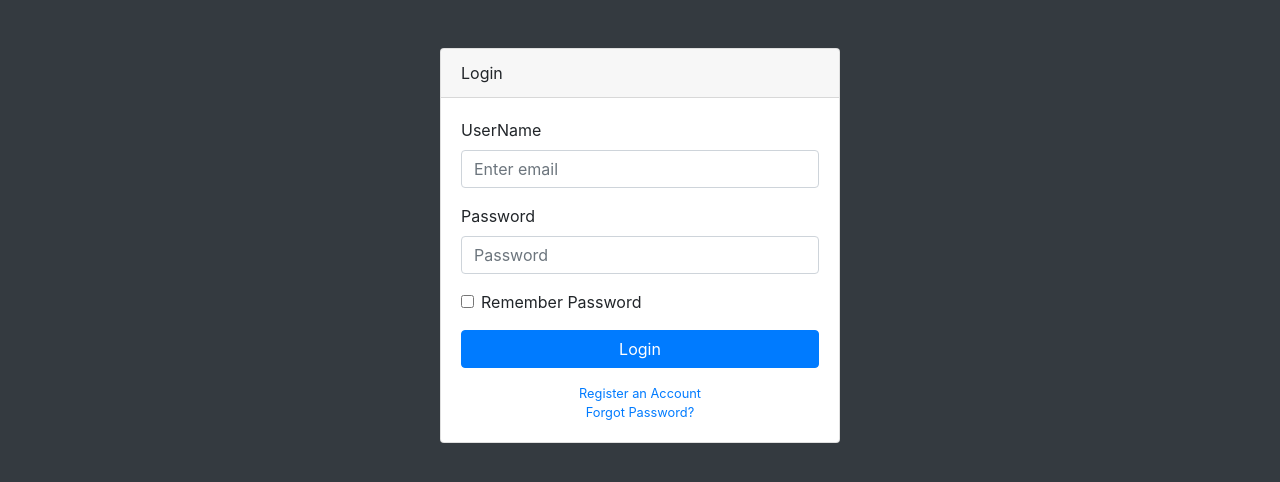
Repository: riorbak/Batch-Source
Page: Project 1/ERS/src/main/webapp/00-login.html
These files come from the project's save history. The page is drawn as it stood at one moment and after the next save; the edit follows.
The browser window is 1280 px wide. The pictures show the whole page.

Above is the page before, as saved 2018-03-11 03:12:20.

### Project 1/ERS/src/main/webapp/00-login.html
<!DOCTYPE html>
<html lang="en">

<head>
  <meta charset="utf-8">
  <meta http-equiv="X-UA-Compatible" content="IE=edge">
  <meta name="viewport" content="width=device-width, initial-scale=1, shrink-to-fit=no">
  <meta name="description" content="">
  <meta name="author" content="">
  <title>ERS - Login</title>
  <!-- Bootstrap core CSS-->
  <link href="vendor/bootstrap/css/bootstrap.min.css" rel="stylesheet">
  <!-- Custom fonts for this template-->
  <link href="vendor/font-awesome/css/font-awesome.min.css" rel="stylesheet" type="text/css">
  <!-- Custom styles for this template-->
  <link href="css/sb-admin.css" rel="stylesheet">
</head>

<body class="bg-dark">

  <div class="container">

    <div class="card card-login mx-auto mt-5">
      <div class="card-header">Login</div>
      <div class="card-body">
        <form>
          <div class="form-group">
            <label for="inputUsername">UserName</label>
            <input class="form-control" id="inputUsername" type="username" aria-describedby="emailHelp" placeholder="Enter email">
          </div>
          <div class="form-group">
            <label for="inputPassword">Password</label>
            <input class="form-control" id="inputPassword" type="password" placeholder="Password">
          </div>
          <div class="form-group">
            <div class="form-check">
              <label class="form-check-label">
                <input class="form-check-input" type="checkbox"> Remember Password</label>
            </div>
          </div>
          <a class="btn btn-primary btn-block" href="">Login</a>
        </form>
        <div class="text-center">
          <a class="d-block small mt-3" href="register.html">Register an Account</a>
          <a class="d-block small" href="forgot-password.html">Forgot Password?</a>
        </div>
      </div>
    </div>
  </div>
  <!-- Bootstrap core JavaScript-->
  <script src="vendor/jquery/jquery.min.js"></script>
  <script src="vendor/bootstrap/js/bootstrap.bundle.min.js"></script>
  <!-- Core plugin JavaScript-->
  <script src="vendor/jquery-easing/jquery.easing.min.js"></script>

  <script src="resources/login.js"></script>
</body>

</html>

### Project 1/ERS/src/main/webapp/css/sb-admin.css
html {
  position: relative;
  min-height: 100%;
}

body {
  overflow-x: hidden;
}

body.sticky-footer {
  margin-bottom: 56px;
}

body.sticky-footer .content-wrapper {
  min-height: calc(100vh - 56px - 56px);
}

body.fixed-nav {
  padding-top: 56px;
}

.content-wrapper {
  min-height: calc(100vh - 56px);
  padding-top: 1rem;
}

.scroll-to-top {
  position: fixed;
  right: 15px;
  bottom: 3px;
  display: none;
  width: 50px;
  height: 50px;
  text-align: center;
  color: white;
  background: rgba(52, 58, 64, 0.5);
  line-height: 45px;
}

.scroll-to-top:focus, .scroll-to-top:hover {
  color: white;
}

.scroll-to-top:hover {
  background: #343a40;
}

.scroll-to-top i {
  font-weight: 800;
}

.smaller {
  font-size: 0.7rem;
}

.o-hidden {
  overflow: hidden !important;
}

.z-0 {
  z-index: 0;
}

.z-1 {
  z-index: 1;
}

#mainNav .navbar-collapse {
  overflow: auto;
  max-height: 75vh;
}

#mainNav .navbar-collapse .navbar-nav .nav-item .nav-link {
  cursor: pointer;
}

#mainNav .navbar-collapse .navbar-sidenav .nav-link-collapse:after {
  float: right;
  content: '\f107';
  font-family: 'FontAwesome';
}

#mainNav .navbar-collapse .navbar-sidenav .nav-link-collapse.collapsed:after {
  content: '\f105';
}

#mainNav .navbar-collapse .navbar-sidenav .sidenav-second-level,
#mainNav .navbar-collapse .navbar-sidenav .sidenav-third-level {
  padding-left: 0;
}

#mainNav .navbar-collapse .navbar-sidenav .sidenav-second-level > li > a,
#mainNav .navbar-collapse .navbar-sidenav .sidenav-third-level > li > a {
  display: block;
  padding: 0.5em 0;
}

#mainNav .navbar-collapse .navbar-sidenav .sidenav-second-level > li > a:focus, #mainNav .navbar-collapse .navbar-sidenav .sidenav-second-level > li > a:hover,
#mainNav .navbar-collapse .navbar-sidenav .sidenav-third-level > li > a:focus,
#mainNav .navbar-collapse .navbar-sidenav .sidenav-third-level > li > a:hover {
  text-decoration: none;
}

#mainNav .navbar-collapse .navbar-sidenav .sidenav-second-level > li > a {
  padding-left: 1em;
}

#mainNav .navbar-collapse .navbar-sidenav .sidenav-third-level > li > a {
  padding-left: 2em;
}

#mainNav .navbar-collapse .sidenav-toggler {
  display: none;
}

#mainNav .navbar-collapse .navbar-nav > .nav-item.dropdown > .nav-link {
  position: relative;
  min-width: 45px;
}

#mainNav .navbar-collapse .navbar-nav > .nav-item.dropdown > .nav-link:after {
  float: right;
  width: auto;
  content: '\f105';
  border: none;
  font-family: 'FontAwesome';
}

#mainNav .navbar-collapse .navbar-nav > .nav-item.dropdown > .nav-link .indicator {
  position: absolute;
  top: 5px;
  left: 21px;
  font-size: 10px;
}

#mainNav .navbar-collapse .navbar-nav > .nav-item.dropdown.show > .nav-link:after {
  content: '\f107';
}

#mainNav .navbar-collapse .navbar-nav > .nav-item.dropdown .dropdown-menu > .dropdown-item > .dropdown-message {
  overflow: hidden;
  max-width: none;
  text-overflow: ellipsis;
}

@media (min-width: 992px) {
  #mainNav .navbar-brand {
    width: 250px;
  }
  #mainNav .navbar-collapse {
    overflow: visible;
    max-height: none;
  }
  #mainNav .navbar-collapse .navbar-sidenav {
    position: absolute;
    top: 0;
    left: 0;
    -webkit-flex-direction: column;
    -ms-flex-direction: column;
    flex-direction: column;
    margin-top: 56px;
  }
  #mainNav .navbar-collapse .navbar-sidenav > .nav-item {
    width: 250px;
    padding: 0;
  }
  #mainNav .navbar-collapse .navbar-sidenav > .nav-item > .nav-link {
    padding: 1em;
  }
  #mainNav .navbar-collapse .navbar-sidenav > .nav-item .sidenav-second-level,
  #mainNav .navbar-collapse .navbar-sidenav > .nav-item .sidenav-third-level {
    padding-left: 0;
    list-style: none;
  }
  #mainNav .navbar-collapse .navbar-sidenav > .nav-item .sidenav-second-level > li,
  #mainNav .navbar-collapse .navbar-sidenav > .nav-item .sidenav-third-level > li {
    width: 250px;
  }
  #mainNav .navbar-collapse .navbar-sidenav > .nav-item .sidenav-second-level > li > a,
  #mainNav .navbar-collapse .navbar-sidenav > .nav-item .sidenav-third-level > li > a {
    padding: 1em;
  }
  #mainNav .navbar-collapse .navbar-sidenav > .nav-item .sidenav-second-level > li > a {
    padding-left: 2.75em;
  }
  #mainNav .navbar-collapse .navbar-sidenav > .nav-item .sidenav-third-level > li > a {
    padding-left: 3.75em;
  }
  #mainNav .navbar-collapse .navbar-nav > .nav-item.dropdown > .nav-link {
    min-width: 0;
  }
  #mainNav .navbar-collapse .navbar-nav > .nav-item.dropdown > .nav-link:after {
    width: 24px;
    text-align: center;
  }
  #mainNav .navbar-collapse .navbar-nav > .nav-item.dropdown .dropdown-menu > .dropdown-item > .dropdown-message {
    max-width: 300px;
  }
}

#mainNav.fixed-top .sidenav-toggler {
  display: none;
}

@media (min-width: 992px) {
  #mainNav.fixed-top .navbar-sidenav {
    height: calc(100vh - 112px);
  }
  #mainNav.fixed-top .sidenav-toggler {
    position: absolute;
    top: 0;
    left: 0;
    display: flex;
    -webkit-flex-direction: column;
    -ms-flex-direction: column;
    flex-direction: column;
    margin-top: calc(100vh - 56px);
  }
  #mainNav.fixed-top .sidenav-toggler > .nav-item {
    width: 250px;
    padding: 0;
  }
  #mainNav.fixed-top .sidenav-toggler > .nav-item > .nav-link {
    padding: 1em;
  }
}

#mainNav.fixed-top.navbar-dark .sidenav-toggler {
  background-color: #212529;
}

#mainNav.fixed-top.navbar-dark .sidenav-toggler a i {
  color: #adb5bd;
}

#mainNav.fixed-top.navbar-light .sidenav-toggler {
  background-color: #dee2e6;
}

#mainNav.fixed-top.navbar-light .sidenav-toggler a i {
  color: rgba(0, 0, 0, 0.5);
}

body.sidenav-toggled #mainNav.fixed-top .sidenav-toggler {
  overflow-x: hidden;
  width: 55px;
}

body.sidenav-toggled #mainNav.fixed-top .sidenav-toggler .nav-item,
body.sidenav-toggled #mainNav.fixed-top .sidenav-toggler .nav-link {
  width: 55px !important;
}

body.sidenav-toggled #mainNav.fixed-top #sidenavToggler i {
  -webkit-transform: scaleX(-1);
  -moz-transform: scaleX(-1);
  -o-transform: scaleX(-1);
  transform: scaleX(-1);
  filter: FlipH;
  -ms-filter: 'FlipH';
}

#mainNav.static-top .sidenav-toggler {
  display: none;
}

@media (min-width: 992px) {
  #mainNav.static-top .sidenav-toggler {
    display: flex;
  }
}

body.sidenav-toggled #mainNav.static-top #sidenavToggler i {
  -webkit-transform: scaleX(-1);
  -moz-transform: scaleX(-1);
  -o-transform: scaleX(-1);
  transform: scaleX(-1);
  filter: FlipH;
  -ms-filter: 'FlipH';
}

.content-wrapper {
  overflow-x: hidden;
  background: white;
}

@media (min-width: 992px) {
  .content-wrapper {
    margin-left: 250px;
  }
}

#sidenavToggler i {
  font-weight: 800;
}

.navbar-sidenav-tooltip.show {
  display: none;
}

@media (min-width: 992px) {
  body.sidenav-toggled .content-wrapper {
    margin-left: 55px;
  }
}

body.sidenav-toggled .navbar-sidenav {
  width: 55px;
}

body.sidenav-toggled .navbar-sidenav .nav-link-text {
  display: none;
}

body.sidenav-toggled .navbar-sidenav .nav-item,
body.sidenav-toggled .navbar-sidenav .nav-link {
  width: 55px !important;
}

body.sidenav-toggled .navbar-sidenav .nav-item:after,
body.sidenav-toggled .navbar-sidenav .nav-link:after {
  display: none;
}

body.sidenav-toggled .navbar-sidenav .nav-item {
  white-space: nowrap;
}

body.sidenav-toggled .navbar-sidenav-tooltip.show {
  display: flex;
}

#mainNav.navbar-dark .navbar-collapse .navbar-sidenav .nav-link-collapse:after {
  color: #868e96;
}

#mainNav.navbar-dark .navbar-collapse .navbar-sidenav > .nav-item > .nav-link {
  color: #868e96;
}

#mainNav.navbar-dark .navbar-collapse .navbar-sidenav > .nav-item > .nav-link:hover {
  color: #adb5bd;
}

#mainNav.navbar-dark .navbar-collapse .navbar-sidenav > .nav-item .sidenav-second-level > li > a,
#mainNav.navbar-dark .navbar-collapse .navbar-sidenav > .nav-item .sidenav-third-level > li > a {
  color: #868e96;
}

#mainNav.navbar-dark .navbar-collapse .navbar-sidenav > .nav-item .sidenav-second-level > li > a:focus, #mainNav.navbar-dark .navbar-collapse .navbar-sidenav > .nav-item .sidenav-second-level > li > a:hover,
#mainNav.navbar-dark .navbar-collapse .navbar-sidenav > .nav-item .sidenav-third-level > li > a:focus,
#mainNav.navbar-dark .navbar-collapse .navbar-sidenav > .nav-item .sidenav-third-level > li > a:hover {
  color: #adb5bd;
}

#mainNav.navbar-dark .navbar-collapse .navbar-nav > .nav-item.dropdown > .nav-link:after {
  color: #adb5bd;
}

@media (min-width: 992px) {
  #mainNav.navbar-dark .navbar-collapse .navbar-sidenav {
    background: #343a40;
  }
  #mainNav.navbar-dark .navbar-collapse .navbar-sidenav li.active a {
    color: white !important;
    background-color: #495057;
  }
  #mainNav.navbar-dark .navbar-collapse .navbar-sidenav li.active a:focus, #mainNav.navbar-dark .navbar-collapse .navbar-sidenav li.active a:hover {
    color: white;
  }
  #mainNav.navbar-dark .navbar-collapse .navbar-sidenav > .nav-item .sidenav-second-level,
  #mainNav.navbar-dark .navbar-collapse .navbar-sidenav > .nav-item .sidenav-third-level {
    background: #343a40;
  }
}

#mainNav.navbar-light .navbar-collapse .navbar-sidenav .nav-link-collapse:after {
  color: rgba(0, 0, 0, 0.5);
}

#mainNav.navbar-light .navbar-collapse .navbar-sidenav > .nav-item > .nav-link {
  color: rgba(0, 0, 0, 0.5);
}

#mainNav.navbar-light .navbar-collapse .navbar-sidenav > .nav-item > .nav-link:hover {
  color: rgba(0, 0, 0, 0.7);
}

#mainNav.navbar-light .navbar-collapse .navbar-sidenav > .nav-item .sidenav-second-level > li > a,
#mainNav.navbar-light .navbar-collapse .navbar-sidenav > .nav-item .sidenav-third-level > li > a {
  color: rgba(0, 0, 0, 0.5);
}

#mainNav.navbar-light .navbar-collapse .navbar-sidenav > .nav-item .sidenav-second-level > li > a:focus, #mainNav.navbar-light .navbar-collapse .navbar-sidenav > .nav-item .sidenav-second-level > li > a:hover,
#mainNav.navbar-light .navbar-collapse .navbar-sidenav > .nav-item .sidenav-third-level > li > a:focus,
#mainNav.navbar-light .navbar-collapse .navbar-sidenav > .nav-item .sidenav-third-level > li > a:hover {
  color: rgba(0, 0, 0, 0.7);
}

#mainNav.navbar-light .navbar-collapse .navbar-nav > .nav-item.dropdown > .nav-link:after {
  color: rgba(0, 0, 0, 0.5);
}

@media (min-width: 992px) {
  #mainNav.navbar-light .navbar-collapse .navbar-sidenav {
    background: #f8f9fa;
  }
  #mainNav.navbar-light .navbar-collapse .navbar-sidenav li.active a {
    color: #000 !important;
    background-color: #e9ecef;
  }
  #mainNav.navbar-light .navbar-collapse .navbar-sidenav li.active a:focus, #mainNav.navbar-light .navbar-collapse .navbar-sidenav li.active a:hover {
    color: #000;
  }
  #mainNav.navbar-light .navbar-collapse .navbar-sidenav > .nav-item .sidenav-second-level,
  #mainNav.navbar-light .navbar-collapse .navbar-sidenav > .nav-item .sidenav-third-level {
    background: #f8f9fa;
  }
}

.card-body-icon {
  position: absolute;
  z-index: 0;
  top: -25px;
  right: -25px;
  font-size: 5rem;
  -webkit-transform: rotate(15deg);
  -ms-transform: rotate(15deg);
  transform: rotate(15deg);
}

@media (min-width: 576px) {
  .card-columns {
    column-count: 1;
  }
}

@media (min-width: 768px) {
  .card-columns {
    column-count: 2;
  }
}

@media (min-width: 1200px) {
  .card-columns {
    column-count: 2;
  }
}

.card-login {
  max-width: 25rem;
}

.card-register {
  max-width: 40rem;
}

footer.sticky-footer {
  position: absolute;
  right: 0;
  bottom: 0;
  width: 100%;
  height: 56px;
  background-color: #e9ecef;
  line-height: 55px;
}

@media (min-width: 992px) {
  footer.sticky-footer {
    width: calc(100% - 250px);
  }
}

@media (min-width: 992px) {
  body.sidenav-toggled footer.sticky-footer {
    width: calc(100% - 55px);
  }
}

### Project 1/ERS/src/main/webapp/resources/login.js
function validate()
{
    var username = document.getElementById("username").value;
    var password = document.getElementById("password").value;
    if ( username == "Formget" && password == "formget#123")
    {
        alert ("Login successfully");
        window.location = "success.html"; // Redirecting to other page.
        return false;
    }
}

Loaded but not shown: Project 1/ERS/src/main/webapp/vendor/bootstrap/css/bootstrap.min.css (library); Project 1/ERS/src/main/webapp/vendor/font-awesome/css/font-awesome.min.css (library); Project 1/ERS/src/main/webapp/vendor/jquery/jquery.min.js (library); Project 1/ERS/src/main/webapp/vendor/bootstrap/js/bootstrap.bundle.min.js (library); Project 1/ERS/src/main/webapp/vendor/jquery-easing/jquery.easing.min.js (common file)

After the next save:
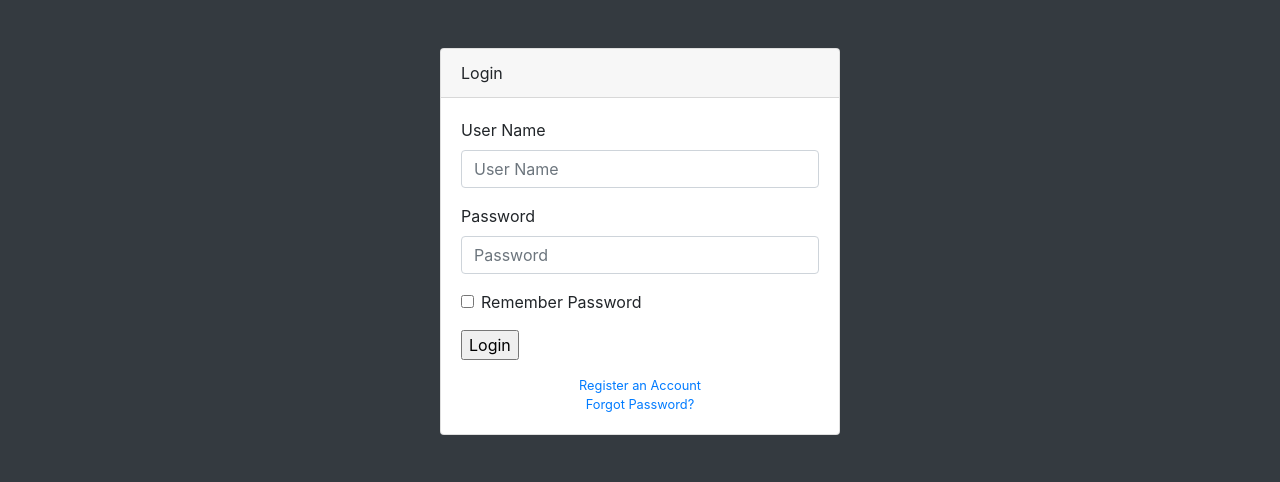
Saved 5 min 44 s later.
--- a/Project 1/ERS/src/main/webapp/00-login.html
+++ b/Project 1/ERS/src/main/webapp/00-login.html
@@ -23,10 +23,10 @@
     <div class="card card-login mx-auto mt-5">
       <div class="card-header">Login</div>
       <div class="card-body">
-        <form>
+        <form name="loginForm" method="post" action="loginServlet">
           <div class="form-group">
-            <label for="inputUsername">UserName</label>
-            <input class="form-control" id="inputUsername" type="username" aria-describedby="emailHelp" placeholder="Enter email">
+            <label for="inputUsername">User Name</label>
+            <input class="form-control" id="inputUsername" type="username" placeholder="User Name">
           </div>
           <div class="form-group">
             <label for="inputPassword">Password</label>
@@ -38,7 +38,7 @@
                 <input class="form-check-input" type="checkbox"> Remember Password</label>
             </div>
           </div>
-          <a class="btn btn-primary btn-block" href="">Login</a>
+          <input type="submit" value="Login" />
         </form>
         <div class="text-center">
           <a class="d-block small mt-3" href="register.html">Register an Account</a>
